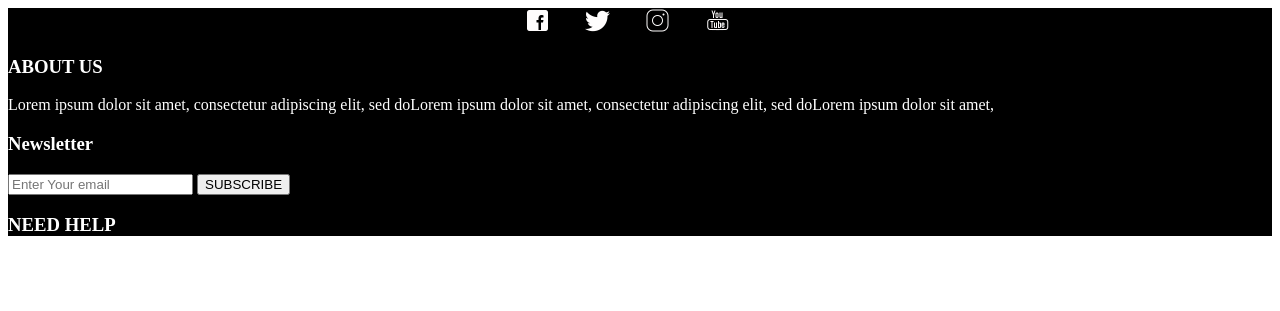
Repository: AVINKUMARP/gifts
Page: demo3.html
These files come from the project's save history. The page is drawn as it stood at one moment and after the next save; the edit follows.
The browser window is 1280 px wide. The pictures show the whole page.

Above is the page before, as saved 2023-08-24 15:25:38.

### demo3.html
<!DOCTYPE html>
<html lang="en">
<head>
    <meta charset="UTF-8">
    <meta name="viewport" content="width=device-width, initial-scale=1.0">
    <title>Document</title>
    <style>
        .container2{
            background-color:black;
            color: white;
        }
        .ticon{
            display: flex;
            flex-wrap: wrap;
            gap: 10px;
            justify-content: center;
        }
    </style>
</head>
<body>
    <div class="container2">
        <div class="ticon">
            <div class="one"><a href="">
                <img src="./images/icons8-facebook-50.png" alt="loading..." width="50%"></a>
            </div>
            <div class="two">
                <img src="./images/icons8-twitter-50.png" alt="loading..."width="50%">
            </div>
            <div class="three">
                <a href=""><img src="./images/icons8-instagram-50.png" alt="loading..." width="50%"></a>
            </div>
            <div class="four">
                <img src="./images/icons8-youtube-50.png" alt="loading..." width="50%">
            </div>
        </div>
        <div class="list">
            <div class="lone">
                <h3>ABOUT US</h3>
                <p>Lorem ipsum dolor sit amet, consectetur adipiscing elit, sed doLorem ipsum dolor sit amet, consectetur adipiscing elit, sed doLorem ipsum dolor sit amet,</p>
            </div>
            <div class="ltwo">
                <h3>
                    Newsletter
                </h3>
                <input type="email" placeholder="Enter Your email">
                <button>SUBSCRIBE</button>
            </div>
            <div class="lthree">
                <h3>NEED HELP</h3>
                <p></p>
            </div>
        </div>
    </div>
</body>
</html>

After the next save:
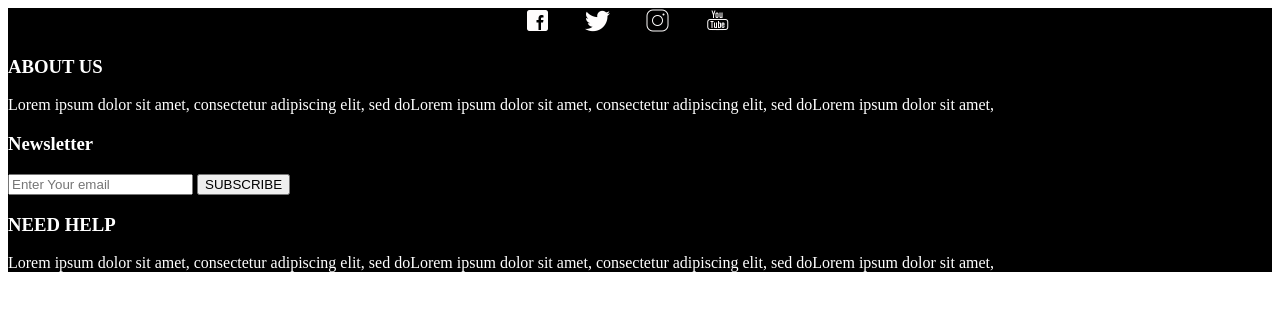
Saved 49 s later.
--- a/demo3.html
+++ b/demo3.html
@@ -47,7 +47,7 @@
             </div>
             <div class="lthree">
                 <h3>NEED HELP</h3>
-                <p></p>
+                <p>Lorem ipsum dolor sit amet, consectetur adipiscing elit, sed doLorem ipsum dolor sit amet, consectetur adipiscing elit, sed doLorem ipsum dolor sit amet,</p>
             </div>
         </div>
     </div>
